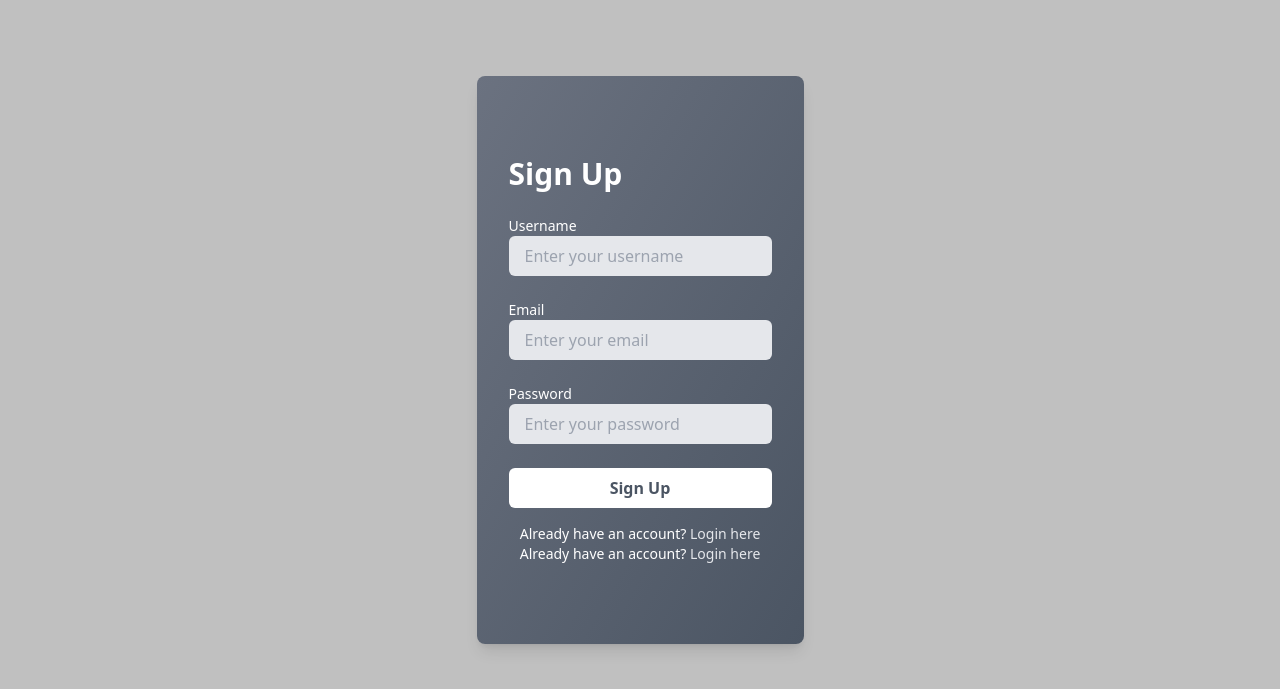
Repository: shaafsalman/product-Management-MERN
Page: /signup (app in frontend/)
The author's editor kept a copy of each file at every save. The page is drawn from the files as they stood at one save, then again after the next save.
The browser window is 1280 px wide. The pictures show the whole page.
The project was rebuilt for these pictures with package versions that can differ from the ones it lists, and the page was loaded fresh each time. Also part of the build but not shown: frontend/vite.config.js, frontend/src/Cards/messageCard.jsx, frontend/src/Pages/Login.jsx, frontend/src/Pages/NoPage.jsx, frontend/src/Pages/AddProduct.jsx, frontend/src/Pages/UpdateProduct.jsx, frontend/src/Pages/Home.jsx, frontend/src/Pages/offlineAddProduct.jsx and 2 more.

Above is the page before, as saved 2024-05-15 21:44:48.

### frontend/src/App.jsx
import React from 'react';
import { BrowserRouter as Router, Routes, Route, Navigate } from 'react-router-dom';
import Login from "./Pages/Login"
import Signup from "./Pages/SighnUp"
import NoPage from './Pages/NoPage';
import Home from './Pages/Home';
import OfflineHome from './Pages/offlineHome';


const App = () => {
  return (
    <div className="App">
      <Router>
        <div>
          <Routes>
            <Route path="/" element={<Login/>} />
            <Route path="/login" element={<Login />} />
            <Route path="/login" element={<Login />} />
            <Route path="/signup" element={<Signup />} />
            <Route path="/register" element={<Signup />} />
            <Route path="/home" element={<Home />} />
            <Route path="/offline-home" element={<OfflineHome/>} />
            <Route path="/*" element={<NoPage />} />
          </Routes>
        </div>
      </Router>
    </div>
  );
};


export default App;

### frontend/src/index.css
@tailwind base;
@tailwind components;
@tailwind utilities;


*
{
  margin: 0;
  padding: 0;
  box-sizing: border-box;
}

body,html
{
  background-color:silver
}

### frontend/src/Pages/SighnUp.jsx
import React, { useState } from 'react';
import { Link, useNavigate } from 'react-router-dom';
import axios from 'axios';
import MessageCard from './../Cards/messageCard';

const Signup = () => {
  const [username, setUsername] = useState('');
  const [email, setEmail] = useState('');
  const [password, setPassword] = useState('');
  const [error, setError] = useState('');
  const [successMessage, setSuccessMessage] = useState('');
  const [showMessage, setShowMessage] = useState(false);
  const navigate = useNavigate();

  const closeMessage = () => {
    setShowMessage(false);
  };

  const handleRegister = async (e) => {
    e.preventDefault();
    try {
      const response = await axios.post('http://localhost:8080/api/offlineUser/register', {
        username,
        email,
        password,
      });

      if (response.status === 200) {
        setSuccessMessage('Register successful');
        setShowMessage(true);
        navigate('/login');
      } else {
        setError('Register failed. Please check your credentials and try again.');
        setShowMessage(true);
      }
    } catch (error) {
      setError('An unexpected error occurred. Please try again later.');
      setShowMessage(true);
    }
  };

  return (
    <div className="register">
      <div className="flex justify-center items-center h-screen">
        <div className="max-w-lg rounded-lg overflow-hidden shadow-lg bg-gradient-to-br from-gray-500 to-gray-600">
          <div className="lg:px-8 lg:py-20 px-6 py-12">
            <h2 className="text-3xl font-semibold text-white mb-6">Sign Up</h2>
            <form className="space-y-6 " onSubmit={handleRegister}>
              <div>
                <label className="block text-sm text-white">Username</label>
                <input
                  type="text"
                  className="w-full px-4 py-2 rounded-md bg-gray-200 text-gray-800 focus:outline-none focus:bg-white focus:text-gray-900"
                  placeholder="Enter your username"
                  onChange={(e) => setUsername(e.target.value)}
                />
              </div>
              <div>
                <label className="block text-sm text-white">Email</label>
                <input
                  type="email"
                  className="w-full px-4 py-2 rounded-md bg-gray-200 text-gray-800 focus:outline-none focus:bg-white focus:text-gray-900"
                  placeholder="Enter your email"
                  onChange={(e) => setEmail(e.target.value)}
                />
              </div>
              <div>
                <label className="block text-sm text-white">Password</label>
                <input
                  type="password"
                  className="w-full px-4 py-2 rounded-md bg-gray-200 text-gray-800 focus:outline-none focus:bg-white focus:text-gray-900"
                  placeholder="Enter your password"
                  onChange={(e) => setPassword(e.target.value)}
                />
              </div>
              <div>
                <button
                  type="submit"
                  className="w-full bg-white text-gray-600 py-2 rounded-md font-semibold hover:bg-gray-600 hover:text-white transition duration-300"
                >
                  Sign Up
                </button>
              </div>
            </form>
            <div className="text-center mt-4">
              <p className="text-sm text-white">
                Already have an account?{' '}
                <Link to="/login" className="text-gray-200 hover:text-white">
                  Login here
                </Link>
              </p>
              <p className="text-sm text-white">
                Already have an account?{' '}
                <Link to="/login" className="text-gray-200 hover:text-white">
                  Login here
                </Link>
              </p>
            </div>
          </div>
        </div>
      </div>
      {showMessage && (
        <MessageCard
          Heading={error ? 'Error' : 'Success'}
          Message={error ? error : successMessage}
          onClose={closeMessage}
        />
      )}
    </div>
  );
};

export default Signup;

Loaded but not shown: frontend/index.html (common file); frontend/src/main.jsx (common file); frontend/tailwind.config.js (common file)

After the next save:
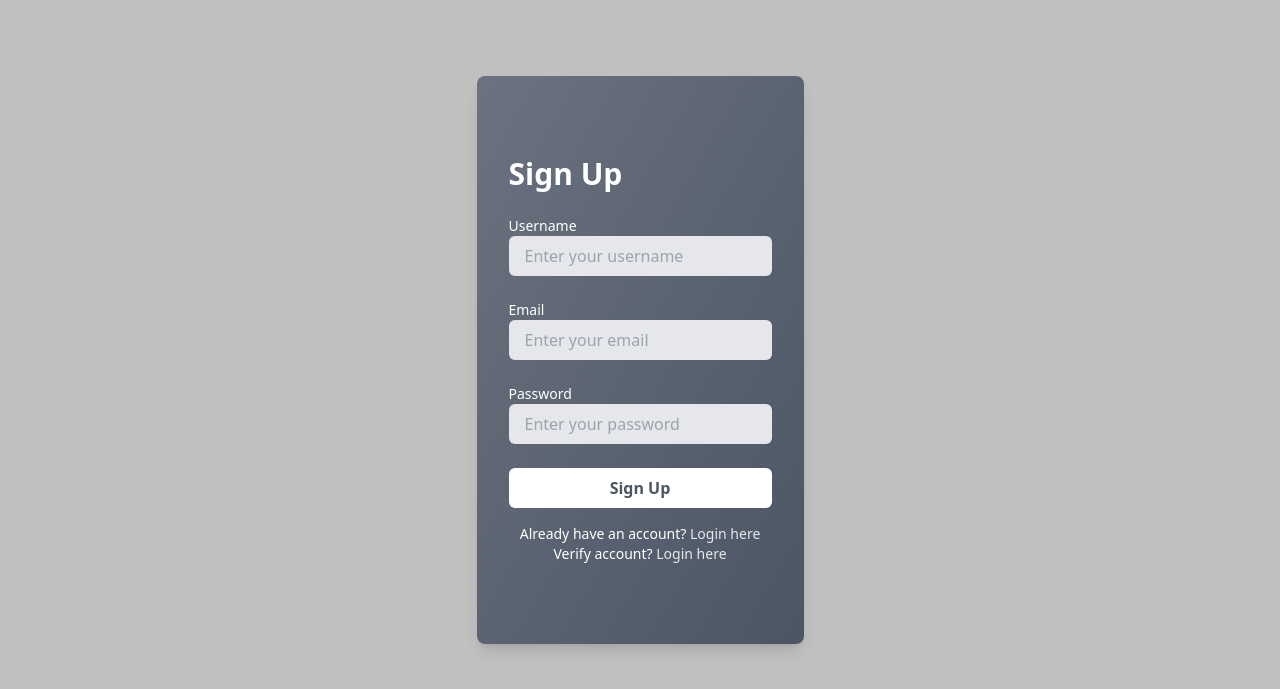
Saved 8 s later.
--- a/frontend/src/Pages/SighnUp.jsx
+++ b/frontend/src/Pages/SighnUp.jsx
@@ -90,7 +90,7 @@ const Signup = () => {
                 </Link>
               </p>
               <p className="text-sm text-white">
-                Already have an account?{' '}
+                Verify account?{' '}
                 <Link to="/login" className="text-gray-200 hover:text-white">
                   Login here
                 </Link>
